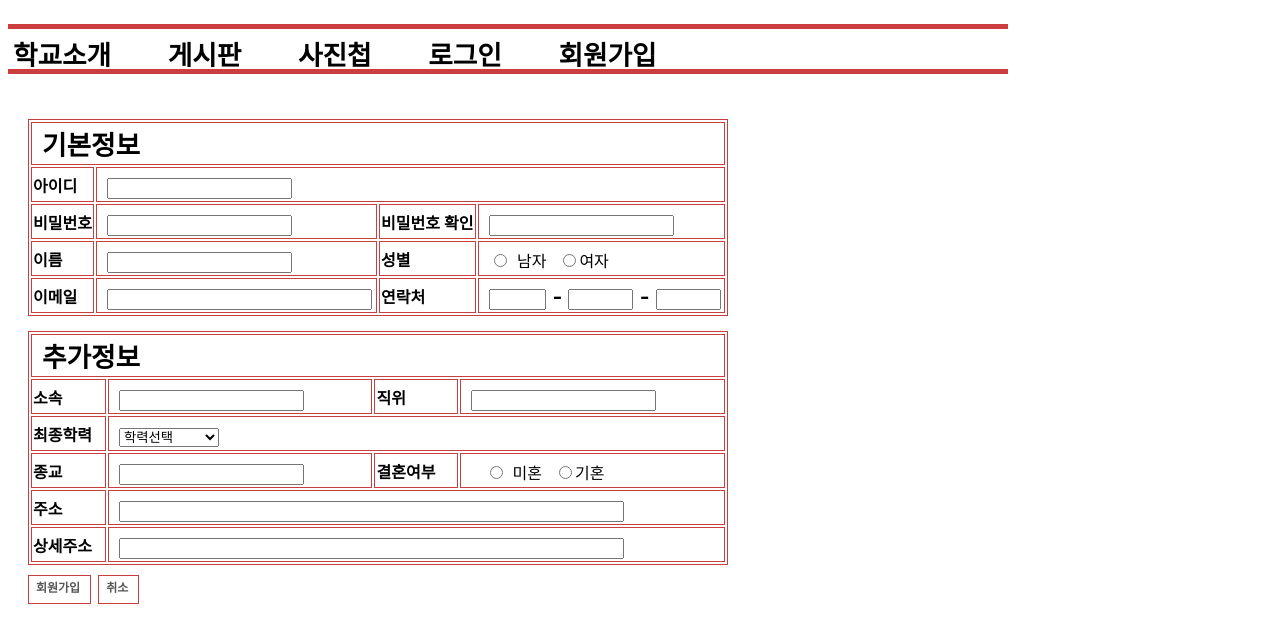
Repository: asaf0813/aisw
Page: java/이클립스/workspace/html/htmltest/WebContent/member/join.html
The author's editor kept a copy of each file at every save. The page is drawn from the files as they stood at one save, then again after the next save.
The browser window is 1280 px wide. The pictures show the part of the page from y = 158 to 792 px (the page is 792 px tall).

Above is the page before, as saved 2019-10-03 11:01:02.

### java/이클립스/workspace/html/htmltest/WebContent/member/join.html
<!doctype html>
<html lang="en">
	<head>
		<meta charset="UTF-8">
		<meta name="Generator" content="EditPlus®">
		<meta name="Author" content="">
		<meta name="Keywords" content="">
		<meta name="Description" content="">
		<title>join</title>
		<link href="./join.css" rel="stylesheet" type="text/css" >
		<style type="text/css">
		a { text-decoration:none }
		</style>


		<script>
			function send(){
				var id_view = document.frm.id_view.value;
				var password = document.frm.password.value;
				var password2 = document.frm.password2.value;
				var email = document.frm.emailAdres.value;
				var tel1 = document.frm.Phone1.value;
				var tel2 = document.frm.Phone2.value;
				var tel3 = document.frm.Phone3.value;
				var tel3 = document.frm.Phone3.value;
				var name = document.frm.name.value;

				if(id_view==""){
					alert("아이디를 입력해주세요");
					document.frm.id_view.focus();
					return;
				} else if(password=="") {
					alert("비밀번호를 입력해주세요");
					document.frm.password.focus();
					return;
				} else if(password2=="") {
					alert("비밀번호를 확인해주세요");
					document.frm.password.focus();
					return;
				} else if(name=="") {
					alert("이름을 입력해주세요.");
					document.frm.password.focus();
					return;
				} else {
					if(confirm("가입하시겠습니까?")) {
						document.frm.submit();
					}
				}

				var regExp = /[a-z0-9]{2,}@[a-z0-9-]{2,}\.[a-z0-9]{2,}/i;

				if(!regExp.test(email)){
					alert("이메일 형식이 일치하지 않습니다.");
					document.frm.emailAdres.focus();
					return;
				}

				var tel1Chk = /^0(2|1[01679])$/;
				var tel2Chk = /^[0-9]{3,}$/;
				var tel3Chk = /^[0-9]{4}$/;

				if (tel1.value != '') {
					if (!tel1Chk.test(tel1)){
						alert("번호형식이 일치하지 않습니다.");
						document.frm.Phone1.focus();
						return;
					}
					if (!tel2Chk.test(tel2)){
						alert("번호형식이 일치하지 않습니다.");
						document.frm.Phone2.focus();
						return;
					}
					if (!tel3Chk.test(tel3)){
						alert("번호형식이 일치하지 않습니다.");
						document.frm.Phone3.focus();
						return;
					}
				}
			}

		</script>
	</head>
	<body>
		<div class="header">
			<a href="../main.html">
			<img width="100%" height="150" src = "http://www.postech.ac.kr/wp-content/themes/postech/images/imgs/signature4.png", alt="" ></a>
		<div>
			<p style="margin-top:20px"></p>
		</div>

		<div class="topnavi_ds">
			<div class="topnavi">
				<a href="../intro/intro.html">학교소개</a> <a href="../board/list.html">게시판</a> <a href="../picture/list.html">사진첩</a> <a href="../member/login.html">로그인</a> <a href="../member/join.html">회원가입</a>
			</div>
		</div>


		<div class="divide"/>

		<div class="body">

			<form name="frm">
				<div class="modify_user">
					<table>
						<tr><td colspan="4" height="30">기본정보</td></tr>
						<tr>
							<th>아이디</th>
							<td colspan="3">
							<input type="text" size="20" maxlength="20" name="id_view" >
							</td>
						</tr>
						<tr>
							<th>비밀번호</th>
							<td><input type="password" path="password" name="password" id="password" title="비밀번호" size="20" maxlength="20" /></td>
							<th>비밀번호 확인</th>
							<td><input name="password2" id="password2" title="비밀번호확인" type="password" size="20" maxlength="20" /></td>
						</tr>
						<tr>
							<th>이름</th>
							<td><input name="userNm" id="userNm" title="사용자이름" type="text" size="20" value="" maxlength="60" /></td>
							<th>성별</th>
							<td>
								<input type="radio" id="gen" name="gen" title="성별" value="남자">
								<span style="font-size:12pt; font-weight:normal;">남자</style>
								&nbsp;&nbsp;<input type="radio" id="gen" name="gen" title="성별" value="여자">여자</span>
							</td>
						</tr>
						<tr>
							<th>이메일</th>
							<td><input name="emailAdres" id="emailAdres" title="이메일주소" cssClass="txaIpt" size="30" maxlength="50" /></td>
							<th>연락처</th>
							<td>
								<input name="Phone1" id="Phone1" title="번호1" cssClass="txaIpt" size="4" maxlength="3" /> -
								<input name="Phone2" id="Phone2" title="번호2" cssClass="txaIpt" size="5" maxlength="4" /> -
								<input name="Phone3" id="Phone3" title="번호3" cssClass="txaIpt" size="5" maxlength="4" />
								<input type="hidden" name="memberPhone" id="memberPhone" title="핸드폰번호" size="20" maxlength="15" />
							</td>
						</tr>
					</table>
					<br />
					<table>
						<tr><td colspan="6" height="30">추가정보</td></tr>
						<tr>
							<th>소속</th>
							<td colspan="1"><input name="orgnz" id="orgnz" title="소속" type="text" size="20" value="" maxlength="60" /></td>
							<th>직위</th>
							<td><input name="position" id="position" title="직위" type="text" size="20" value="" maxlength="60" /></td>
						</tr>
						<tr>
							<th>최종학력</th>
							<td colspan="3">
								<select name="spec" title="최종학력">
									<option value="">학력선택</option>
									<option value="초등학교 재학">초등학교 재학</option>
									<option value="초등학교 졸업">초등학교 졸업</option>
									<option value="중학교 재학">중학교 재학</option>
									<option value="중학교 졸업">중학교 졸업</option>
									<option value="고등학교 재학">고등학교 재학</option>
									<option value="고등학교 졸업">고등학교 졸업</option>
									<option value="대학교 재학">대학교 재학</option>
									<option value="대학교 졸업">대학교 졸업</option>
									<option value="대학원 재학">대학원 재학</option>
								</select>
							</td>
						</tr>
						<tr>
							<th>종교</th>
							<td><input name="religion" id="religion" title="종교" type="text" size="20" value="" maxlength="60" /></td>
							<th>결혼여부</th>
							<td>
								&nbsp;&nbsp;<input type="radio" name="marry" value="미혼">
								<span style="font-size:12pt; font-weight:normal;">미혼</style>
								&nbsp;&nbsp;<input type="radio" name="marry" value="기혼">기혼</span>
							</td>
						</tr>
						<tr>
							<th>주소</th>
							<td colspan="3">
								<input type="text" name="zipcode" size="60">
							</td>
						</tr>
						<tr>
							<th>상세주소</th>
							<td colspan="3">
								<input type="text" class="addr" name="addr_remain" size="60">
							</td>
						</tr>
					</table>

					<div class="buttons" style="padding-top:10px;padding-bottom:30px; float:left;">
						<a href="#LINK" onclick="javascript:send(); return false;">회원가입</a>
						<a href="#LINK">취소</a>
					</div>
				</div>
			</form>
		</div>
	</body>
</html>

### java/이클립스/workspace/html/htmltest/WebContent/member/join.css
.header a:hover{color:red;}
.header a{color:blue;}

.header{
	width:1000px;
	height:50px;
	float:left;
	font-size: 9pt;
}

.topnavi_ds{
	width:100%;
	height:5px;
	background-color:#CC3D3D;
	float:left;
}
.topnavi a:hover{color:green;}
.topnavi a{color:#000000;}

.topnavi{
	width:1000px; height:30px;
	float:left;
	margin-top:10px;
	margin-left:5px;
	font-size: 20pt;
	font-weight: bold;
	word-spacing:50px;
}

.divide{
	width:100%;
	height:5px;
	float:left;
	margin-top: 25px;
	background-color:#CC3D3D;
	margin-top:40px;
}

.body{
	font-size: 9pt;
	margin-top:50px;
	margin-left:20px;
	width:1000px;
	height:500px;
	float:left;
}





.modify_user table{
	clear:both; width:70%;
	border: 1px solid #CC3D3D;
    overflow: hidden;
    white-space: nowrap;
    text-align:left;
}

.modify_user table th {
	font-size:12pt;
	background-color:#FFFFFF;
	border:1px solid #CC3D3D;
    color:#000000;
    text-align:senter;
}

.modify_user table td{
	font-weight:bold;
	font-size:20pt;
	background-color:#ffffff;
	border:1px solid #CC3D3D;
    color:#000000;
    padding-left:10px;
    text-align:senter;


}


/* btn */
.buttons a, .buttons button{

    display:block;
    float:left;
    margin:0 7px 0 0;
    background-color:#FFFFFF;
    border:1px solid #CC3D3D;
    font-size:9pt;
    line-height:130%;
    text-decoration:none;
    font-weight:bold;
    color:#565656;
    cursor:pointer;
    padding:5px 10px 6px 7px; /* Links */
}

.buttons a:hover{color:#4786AD;}

After the next save:
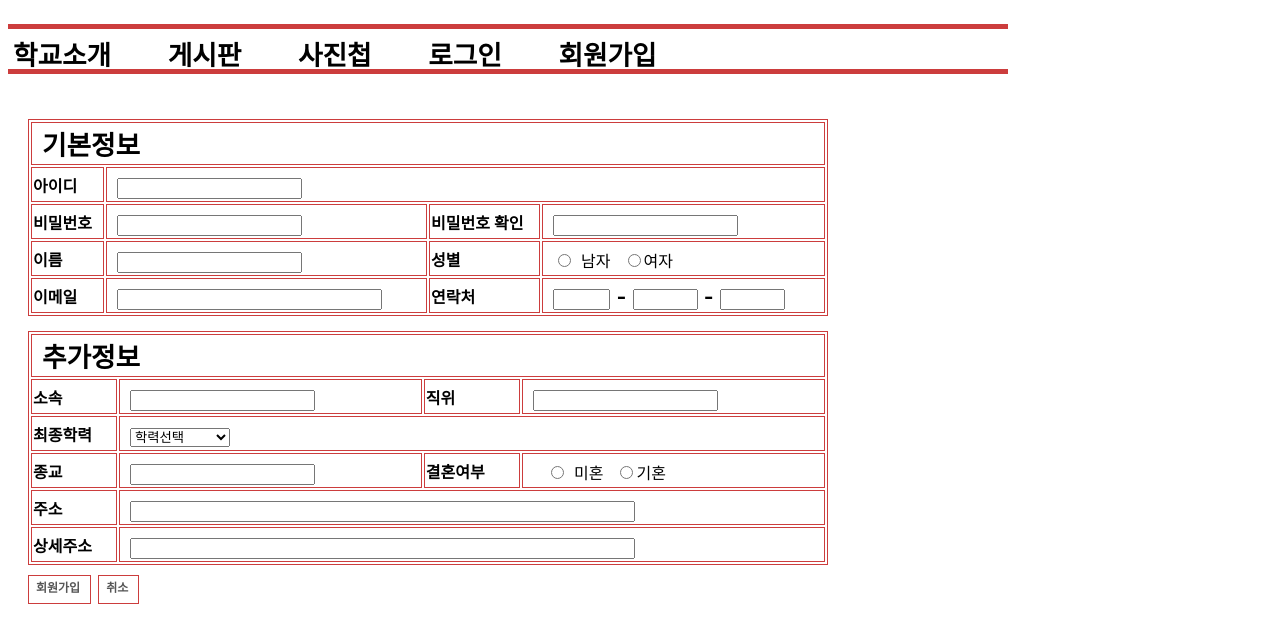
Saved 76 s later.
--- a/java/이클립스/workspace/html/htmltest/WebContent/member/join.css
+++ b/java/이클립스/workspace/html/htmltest/WebContent/member/join.css
@@ -50,11 +50,12 @@
 
 
 .modify_user table{
-	clear:both; width:70%;
+	clear:both; width:800px;
 	border: 1px solid #CC3D3D;
     overflow: hidden;
     white-space: nowrap;
     text-align:left;
+    cellpadding=5px;
 }
 
 .modify_user table th {
